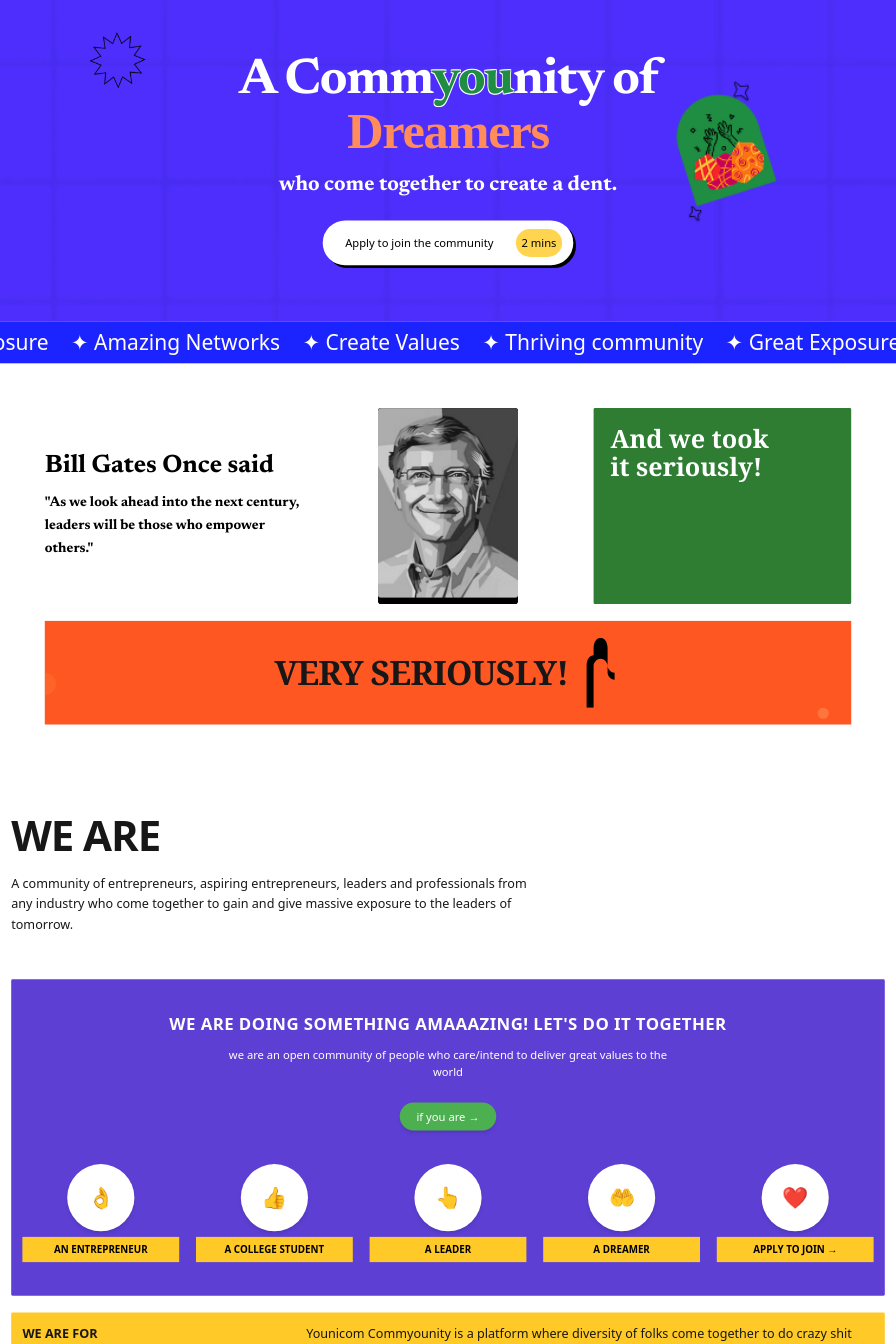
Repository: as-avni/dreamersite
Page: /
An editor plug-in stored every save of this project. The page is shown before and after a run of saves, followed by the edit.
The browser window is 1280 px wide. The pictures show the part of the page from y = 0 to 1920 px (the page is 2572 px tall), at 70% of full size.
Some web fonts or font styles are not loaded; a fallback is used. The project was rebuilt for these pictures with package versions that can differ from the ones it lists, and the page was loaded fresh each time. Some packages were replaced by stand-ins written for this rebuild. The framework's server and built-in components were replaced by stand-ins that run in the browser. Also part of the build but not shown: next.config.ts.

Above is the page before, as saved 2025-03-21 04:44:28.

### src/app/page.tsx
import Hero from "@/components/hero"
import MovingBanner from "@/components/banner"
import BillGatesSection from "@/components/bill-gates"
import AmazingSection from "@/components/amazing"
import QuickFormSection from "@/components/form"

export default function Home() {
  return (
    <main className="min-h-screen bg-white font-sans antialiased">
      <Hero />
      <MovingBanner />
      <BillGatesSection />
      <AmazingSection />
      <QuickFormSection />
    </main>
  )
}

### src/app/globals.css
@import url('https://fonts.googleapis.com/css2?family=Anek+Devanagari:wght@100..800&family=Khand:wght@300;400;500;600;700&family=Newsreader:ital,opsz,wght@0,6..72,200..800;1,6..72,200..800&family=Noto+Sans:ital,wght@0,100..900;1,100..900&family=Poppins:ital,wght@0,100;0,200;0,300;0,400;0,500;0,600;0,700;0,800;0,900;1,100;1,200;1,300;1,400;1,500;1,600;1,700;1,800;1,900&family=Rampart+One&display=swap');

@tailwind base;
@tailwind components;
@tailwind utilities;

:root {
  --background: #ffffff;
  --foreground: #171717;
}

@media (prefers-color-scheme: dark) {
  :root {
    --background: #0a0a0a;
    --foreground: #ededed;
  }
}

html,
body {
  max-width: 100vw;
  overflow-x: hidden;
}

body {
  color: var(--foreground);
  background: var(--background);
  font-family: Arial, Helvetica, sans-serif;
  -webkit-font-smoothing: antialiased;
  -moz-osx-font-smoothing: grayscale;
}

* {
  box-sizing: border-box;
  padding: 0;
  margin: 0;
}

a {
  color: inherit;
  text-decoration: none;
}

@media (prefers-color-scheme: dark) {
  html {
    color-scheme: dark;
  }
}

### src/components/hero.tsx
"use client"

import { motion } from "framer-motion"

export default function Hero() {
  return (
    <section className="relative flex flex-col items-center justify-center py-20 px-4 text-white text-center overflow-hidden bg-[url('/images/grid-bg.png')] bg-stretch">

      {/* Rotating Star Image */}
      <motion.img
        src="/images/Star.png"
        alt="Star"
        className="absolute w-20 h-20"
        style={{ top: "10%", left: "10%" }}
        // animate={{ rotate: 360 }}
        // transition={{ repeat: Infinity, duration: 10, ease: "linear" }}
      />

      {/* Static Image in a Div */}
      <div
        className="absolute w-60 h-60 bg-cover bg-center"
        style={{ top: "20%", right: "10%", backgroundImage: "url('/images/image.png')" }}
      ></div>

      <div className="relative max-w-3xl mx-auto w-full">
        <motion.h1
          className="text-5xl md:text-6xl lg:text-7xl font-newsreader font-bold mb-4 tracking-tight"
          initial={{ opacity: 0, y: 20 }}
          animate={{ opacity: 1, y: 0 }}
          transition={{ duration: 0.8 }}
        >
          A Comm<span className="text-[#1F8D42] [text-shadow:-1px_-1px_0_white,1px_-1px_0_white,-1px_1px_0_white,1px_1px_0_white]">you</span>nity of <br />
          <span className="font-rampartone text-[#FF8C5A]">Dreamers</span>
        </motion.h1>

        <motion.p
          className="text-3xl mb-8 font-bold font-newsreader"
          initial={{ opacity: 0, y: 20 }}
          animate={{ opacity: 1, y: 0 }}
          transition={{ duration: 0.8, delay: 0.2 }}
        >
          who come together to create a dent.
        </motion.p>

        <motion.div
          className="inline-flex items-center bg-white rounded-full px-2 py-1 text-black font-medium transition-all hover:bg-gray-50 shadow-[4px_4px_0px_black]"
          initial={{ opacity: 0, y: 20 }}
          animate={{ opacity: 1, y: 0 }}
          transition={{ duration: 0.8, delay: 0.4 }}
          whileHover={{ scale: 1.03 }}
        >
          <button className="bg-white text-black rounded-full px-6 py-4 font-medium transition-all hover:bg-gray-50">
            Apply to join the community
          </button>
          <span className="text-black bg-[#FFD54F] p-2 rounded-full font-medium ml-2 mr-2">2 mins</span>
        </motion.div>
      </div>
    </section>
  )
}

### src/components/banner.tsx
"use client"

import { useRef } from "react"

export default function MovingBanner() {
  const bannerItems = [
    "✦ Thriving community",
    "✦ Great Exposure",
    "✦ Amazing Networks",
    "✦ Create Values",
  ]

  return (
    <div className="bg-[#1B24FF] text-white py-3 overflow-hidden relative">
      <div className="flex whitespace-nowrap mx-auto w-max animate-scrollBanner">
        {/* Duplicate the items to ensure seamless looping */}
        {[...bannerItems,...bannerItems,...bannerItems].map((item, index) => (
          <span key={index} className="mx-4 text-3xl font-medium">
            {item}
          </span>
        ))}
      </div>

      {/* CSS Animation */}
      <style jsx>{`
        @keyframes scrollBanner {
          from {
            transform: translateX(0);
          }
          to {
            transform: translateX(-50%);
          }
        }

        .animate-scrollBanner {
          animation: scrollBanner 20s linear infinite;
        }
      `}</style>
    </div>
  )
}

### src/components/bill-gates.tsx
"use client"

import Image from "next/image"
import { motion } from "framer-motion"

export default function BillGatesSection() {
return (
    <section className=" py-16 px-4 md:px-0 lg:px-0 max-w-6xl mx-auto w-full">
        <div className="grid grid-cols-1 md:grid-cols-3 gap-6 items-center">
            {/* Quote Text Section */}
            <motion.div
                className="col-span-1 flex flex-col justify-center"
                initial={{ opacity: 0, x: -20 }}
                whileInView={{ opacity: 1, x: 0 }}
                transition={{ duration: 0.6 }}
                viewport={{ once: true }}
            >
                <h2 className="px-0 text-4xl font-bold mb-4 text-black font-newsreader">Bill Gates Once said</h2>
                <p className="text-xl leading-relaxed font-bold text-black font-newsreader">
                &quot;As we look ahead into the next century, leaders will be those who empower others.&quot;
                </p>
            </motion.div>

            {/* Bill Gates Image */}
            <motion.div
                className="col-span-1 flex justify-center items-center"
                initial={{ opacity: 0, y: 20 }}
                whileInView={{ opacity: 1, y: 0 }}
                transition={{ duration: 0.6, delay: 0.2 }}
                viewport={{ once: true }}
            >
                <div className="relative w-[200px] h-[280px] bg-black rounded overflow-hidden">
                    <Image
                        src="/images/bill.jpg"
                        width={200}
                        height={200}
                        alt="Bill Gates"
                        className="rounded object-cover"
                    />
                </div>
            </motion.div>

            {/* Green Box Section */}
            <motion.div
                className="h-[280px] col-span-1 bg-[#2E7D32] flex flex-col  p-6 text-white rounded-sm"
                initial={{ opacity: 0, x: 20 }}
                whileInView={{ opacity: 1, x: 0 }}
                transition={{ duration: 0.6, delay: 0.4 }}
                viewport={{ once: true }}
            >
                <p className="text-4xl font-serif font-bold">And we took</p>
                <p className="text-4xl font-bold font-serif">it seriously!</p>
            </motion.div>
        </div>

        {/* Orange Section */}
        <motion.div
            className="mt-6 bg-[#FF5722] py-6 px-4 flex items-center justify-center relative overflow-hidden"
            initial={{ opacity: 0, y: 20 }}
            whileInView={{ opacity: 1, y: 0 }}
            transition={{ duration: 0.6, delay: 0.6 }}
            viewport={{ once: true }}
        >
            <h2 className="text-4xl md:text-5xl font-black text-center tracking-tight font-serif">VERY SERIOUSLY!</h2>
            <div className="ml-4">
                <svg width="60" height="100" viewBox="0 0 60 100" fill="none" xmlns="http://www.w3.org/2000/svg">
                    <path
                        d="M30 0C35 0 40 5 40 15V40C40 45 45 50 50 50V60C45 60 40 55 40 50V40C40 35 35 30 30 30C25 30 20 35 20 40V100H10V40C10 30 15 25 20 25V15C20 5 25 0 30 0Z"
                        fill="black"
                    />
                </svg>
            </div>

            {/* Decorative elements */}
            <div className="absolute -left-4 top-1/2 w-8 h-8 bg-orange-400 rounded-full opacity-20"></div>
            <div className="absolute right-8 bottom-2 w-4 h-4 bg-orange-300 rounded-full opacity-30"></div>
        </motion.div>
    </section>
)
}

### src/components/amazing.tsx
"use client"

import { motion } from "framer-motion"

export default function AmazingSection() {
  const containerVariants = {
    hidden: { opacity: 0 },
    visible: {
      opacity: 1,
      transition: {
        staggerChildren: 0.1,
      },
    },
  }

  const itemVariants = {
    hidden: { opacity: 0, y: 20 },
    visible: { opacity: 1, y: 0 },
  }

  return (
    <section className="py-16">
      <div className="container mx-auto px-4">
        <motion.div
          className="mb-16"
          initial={{ opacity: 0, y: 20 }}
          whileInView={{ opacity: 1, y: 0 }}
          transition={{ duration: 0.6 }}
          viewport={{ once: true }}
        >
          <h2 className="text-6xl font-bold mb-6 tracking-tight">WE ARE</h2>
          <p className="text-lg max-w-3xl leading-relaxed">
            A community of entrepreneurs, aspiring entrepreneurs, leaders and professionals from any industry who come
            together to gain and give massive exposure to the leaders of tomorrow.
          </p>
        </motion.div>

        <div className="bg-[#5D3FD3] text-white py-12 px-4 text-center rounded-sm">
          <motion.h2
            className="text-2xl font-bold mb-4 uppercase tracking-wide"
            initial={{ opacity: 0, y: 20 }}
            whileInView={{ opacity: 1, y: 0 }}
            transition={{ duration: 0.6 }}
            viewport={{ once: true }}
          >
            We are doing something amaaazing! Let's do it together
          </motion.h2>

          <motion.p
            className="mb-8 max-w-2xl mx-auto"
            initial={{ opacity: 0, y: 20 }}
            whileInView={{ opacity: 1, y: 0 }}
            transition={{ duration: 0.6, delay: 0.2 }}
            viewport={{ once: true }}
          >
            we are an open community of people who care/intend to deliver great values to the world
          </motion.p>

          <motion.button
            className="bg-[#4CAF50] text-white px-6 py-2 rounded-full mb-12 shadow-md hover:bg-[#3d9c40] transition-all"
            initial={{ opacity: 0, y: 20 }}
            whileInView={{ opacity: 1, y: 0 }}
            transition={{ duration: 0.6, delay: 0.4 }}
            viewport={{ once: true }}
            whileHover={{ scale: 1.05 }}
            whileTap={{ scale: 0.95 }}
          >
            if you are →
          </motion.button>

          <motion.div
            className="grid grid-cols-1 md:grid-cols-5 gap-6"
            variants={containerVariants}
            initial="hidden"
            whileInView="visible"
            viewport={{ once: true }}
          >
            <CategoryCard icon="👌" title="AN ENTREPRENEUR" />
            <CategoryCard icon="👍" title="A COLLEGE STUDENT" />
            <CategoryCard icon="👆" title="A LEADER" />
            <CategoryCard icon="🤲" title="A DREAMER" />

            <motion.div className="flex flex-col items-center" variants={itemVariants}>
              <div className="w-24 h-24 rounded-full bg-white mb-2 flex items-center justify-center shadow-md">
                <span className="text-3xl">❤️</span>
              </div>
              <div className="bg-[#FFCA28] py-2 px-4 text-center w-full text-black font-medium hover:bg-[#FFB300] transition-colors cursor-pointer">
                <p className="font-bold text-sm">APPLY TO JOIN →</p>
              </div>
            </motion.div>
          </motion.div>
        </div>

        <motion.div
          className="mt-6 bg-[#FFCA28] p-4 rounded-sm"
          initial={{ opacity: 0, y: 20 }}
          whileInView={{ opacity: 1, y: 0 }}
          transition={{ duration: 0.6, delay: 0.8 }}
          viewport={{ once: true }}
        >
          <div className="flex flex-col md:flex-row">
            <div className="md:w-1/3 mb-4 md:mb-0">
              <h3 className="font-bold text-lg">WE ARE FOR</h3>
              <p className="italic font-medium">The leaders of tomorrow.</p>
            </div>
            <div className="md:w-2/3">
              <p className="text-lg">
                Younicom Commyounity is a platform where diversity of folks come together to do crazy shit together.
              </p>
            </div>
          </div>
        </motion.div>
      </div>
    </section>
  )
}

function CategoryCard({ icon, title }: { icon: string; title: string }) {
  const itemVariants = {
    hidden: { opacity: 0, y: 20 },
    visible: { opacity: 1, y: 0 },
  }

  return (
    <motion.div className="flex flex-col items-center" variants={itemVariants}>
      <motion.div
        className="w-24 h-24 rounded-full bg-white mb-2 flex items-center justify-center shadow-md"
        whileHover={{ scale: 1.05, boxShadow: "0 10px 25px -5px rgba(0, 0, 0, 0.1)" }}
      >
        <span className="text-3xl">{icon}</span>
      </motion.div>
      <div className="bg-[#FFCA28] py-2 px-4 text-center w-full text-black font-medium">
        <p className="font-bold text-sm">{title}</p>
      </div>
    </motion.div>
  )
}

### src/components/form.tsx
"use client"

import type React from "react"

import { useState } from "react"
import Link from "next/link"
import { motion } from "framer-motion"

export default function QuickFormSection() {
  const [formData, setFormData] = useState({
    firstName: "",
    lastName: "",
    contactNumber: "",
  })

  const [formStep, setFormStep] = useState(0)

  const handleChange = (e: React.ChangeEvent<HTMLInputElement>) => {
    const { name, value } = e.target
    setFormData((prev) => ({ ...prev, [name]: value }))
  }

  const handleSubmit = (e: React.FormEvent) => {
    e.preventDefault()
    setFormStep(1)
    console.log("Form submitted:", formData)
    // Handle form submission logic here
  }

  const containerVariants = {
    hidden: { opacity: 0 },
    visible: {
      opacity: 1,
      transition: {
        staggerChildren: 0.1,
      },
    },
  }

  const itemVariants = {
    hidden: { opacity: 0, y: 10 },
    visible: { opacity: 1, y: 0 },
  }

  return (
    <section className="py-16 px-4 bg-gray-50">
      <div className="container mx-auto max-w-5xl">
        <div className="grid grid-cols-1 md:grid-cols-2 gap-8 shadow-xl rounded-sm overflow-hidden">
          <motion.div
            className="bg-[#FF5722] text-white p-8"
            initial={{ opacity: 0, x: -20 }}
            whileInView={{ opacity: 1, x: 0 }}
            transition={{ duration: 0.6 }}
            viewport={{ once: true }}
          >
            <h2 className="text-2xl font-bold mb-10">Fill a quick form</h2>

            <motion.div
              className="space-y-6"
              variants={containerVariants}
              initial="hidden"
              whileInView="visible"
              viewport={{ once: true }}
            >
              <CheckItem text="Fill a quick form" active={true} />
              <CheckItem text="Mention your work profile" active={formStep >= 1} />
              <CheckItem text="Express yourself" active={formStep >= 1} />
              <CheckItem text="Submit the form" active={formStep >= 1} />
              <CheckItem text="Welcome to the team" active={formStep >= 1} />
            </motion.div>
          </motion.div>

          <motion.div
            className="bg-white p-8"
            initial={{ opacity: 0, x: 20 }}
            whileInView={{ opacity: 1, x: 0 }}
            transition={{ duration: 0.6 }}
            viewport={{ once: true }}
          >
            <h2 className="text-2xl font-bold mb-6 leading-tight">
              The easiest way to work with us is to simply tell us what you do. Yes! that's it.
            </h2>

            {formStep === 0 ? (
              <form onSubmit={handleSubmit} className="mt-8">
                <div className="grid grid-cols-1 md:grid-cols-3 gap-4 mb-4">
                  <div>
                    <label htmlFor="firstName" className="block text-sm font-medium text-gray-700 mb-1">
                      First Name
                    </label>
                    <input
                      type="text"
                      id="firstName"
                      name="firstName"
                      value={formData.firstName}
                      onChange={handleChange}
                      className="w-full p-2 border border-gray-300 rounded focus:ring-2 focus:ring-[#2E7D32] focus:border-transparent outline-none transition-all"
                      required
                    />
                  </div>

                  <div>
                    <label htmlFor="lastName" className="block text-sm font-medium text-gray-700 mb-1">
                      Last Name
                    </label>
                    <input
                      type="text"
                      id="lastName"
                      name="lastName"
                      value={formData.lastName}
                      onChange={handleChange}
                      className="w-full p-2 border border-gray-300 rounded focus:ring-2 focus:ring-[#2E7D32] focus:border-transparent outline-none transition-all"
                      required
                    />
                  </div>

                  <div>
                    <label htmlFor="contactNumber" className="block text-sm font-medium text-gray-700 mb-1">
                      Contact Number
                    </label>
                    <input
                      type="tel"
                      id="contactNumber"
                      name="contactNumber"
                      value={formData.contactNumber}
                      onChange={handleChange}
                      className="w-full p-2 border border-gray-300 rounded focus:ring-2 focus:ring-[#2E7D32] focus:border-transparent outline-none transition-all"
                      required
                    />
                  </div>
                </div>

                <div className="flex justify-end mt-8">
                  <motion.button
                    type="submit"
                    className="bg-[#2E7D32] text-white px-6 py-2 rounded shadow-md"
                    whileHover={{ scale: 1.05, backgroundColor: "#1B5E20" }}
                    whileTap={{ scale: 0.95 }}
                  >
                    NEXT →
                  </motion.button>
                </div>
              </form>
            ) : (
              <motion.div
                className="mt-8 text-center py-8"
                initial={{ opacity: 0 }}
                animate={{ opacity: 1 }}
                transition={{ duration: 0.6 }}
              >
                <h3 className="text-xl font-bold mb-4 text-[#2E7D32]">Thank you for your submission!</h3>
                <p className="mb-6">We'll be in touch with you shortly.</p>
                <button onClick={() => setFormStep(0)} className="text-[#2E7D32] underline">
                  Submit another response
                </button>
              </motion.div>
            )}

            <motion.div
              className="mt-8 bg-[#FFCA28] p-4 text-center rounded-sm"
              initial={{ opacity: 0, y: 20 }}
              whileInView={{ opacity: 1, y: 0 }}
              transition={{ duration: 0.6, delay: 0.4 }}
              viewport={{ once: true }}
              whileHover={{ scale: 1.02 }}
            >
              <Link href="#" className="font-bold text-lg inline-block">
                Let's disrupt it together →
              </Link>
            </motion.div>
          </motion.div>
        </div>
      </div>
    </section>
  )
}

function CheckItem({ text, active = false }: { text: string; active?: boolean }) {
  const itemVariants = {
    hidden: { opacity: 0, x: -10 },
    visible: { opacity: 1, x: 0 },
  }

  return (
    <motion.div className="flex items-center" variants={itemVariants}>
      <div
        className={`w-6 h-6 border border-white flex items-center justify-center mr-3 transition-all ${active ? "bg-white bg-opacity-20" : ""}`}
      >
        <span className="text-white">{active ? "✓" : ""}</span>
      </div>
      <p className={`font-medium transition-all ${active ? "text-white" : "text-white text-opacity-80"}`}>{text}</p>
    </motion.div>
  )
}

### tailwind.config.js
/** @type {import('tailwindcss').Config} */
module.exports = {
  content: [
    "./app/**/*.{js,ts,jsx,tsx,mdx}",
    "./pages/**/*.{js,ts,jsx,tsx,mdx}",
    "./components/**/*.{js,ts,jsx,tsx,mdx}",
    "./src/**/*.{js,ts,jsx,tsx,mdx}",
  ],
  theme: {
    extend: {
      fontFamily: {
        poppins: ['Poppins', 'sans-serif'],
        notosans: ['Noto Sans', 'sans-serif'],
        rampartone: ['Rampart One', 'cursive'],
        newsreader: ['Newsreader', 'serif'],
        pacifico: ['Pacifico', 'cursive'],
      },
    },
  },
  plugins: [],
}

Loaded but not shown: src/app/layout.tsx (common file)

After the next 6 saves:
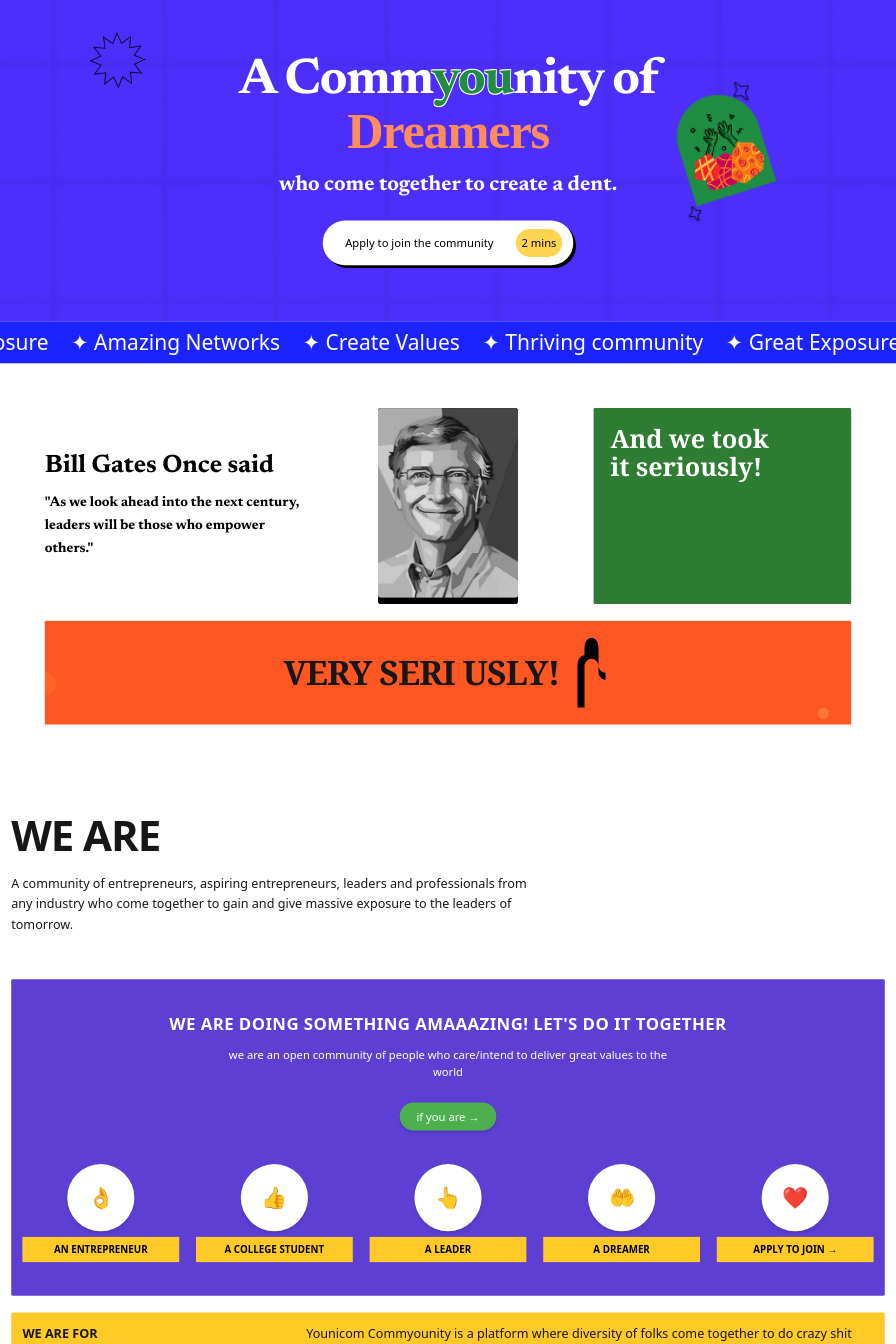
The 6 saves are shown as one change because they came seconds apart.
The last was saved 17 s later.
--- a/src/components/bill-gates.tsx
+++ b/src/components/bill-gates.tsx
@@ -42,7 +42,7 @@
 
             {/* Green Box Section */}
             <motion.div
-                className="h-[280px] col-span-1 bg-[#2E7D32] flex flex-col  p-6 text-white rounded-sm"
+                className="h-[280px] col-span-1 bg-[#2E7D32] flex flex-col p-6 text-white rounded-sm"
                 initial={{ opacity: 0, x: 20 }}
                 whileInView={{ opacity: 1, x: 0 }}
                 transition={{ duration: 0.6, delay: 0.4 }}
@@ -61,7 +61,8 @@
             transition={{ duration: 0.6, delay: 0.6 }}
             viewport={{ once: true }}
         >
-            <h2 className="text-4xl md:text-5xl font-black text-center tracking-tight font-serif">VERY SERIOUSLY!</h2>
+            <h2 className="text-4xl md:text-5xl font-black text-center tracking-tight font-serif">VERY SERI <span>
+                </span>USLY!</h2>
             <div className="ml-4">
                 <svg width="60" height="100" viewBox="0 0 60 100" fill="none" xmlns="http://www.w3.org/2000/svg">
                     <path
